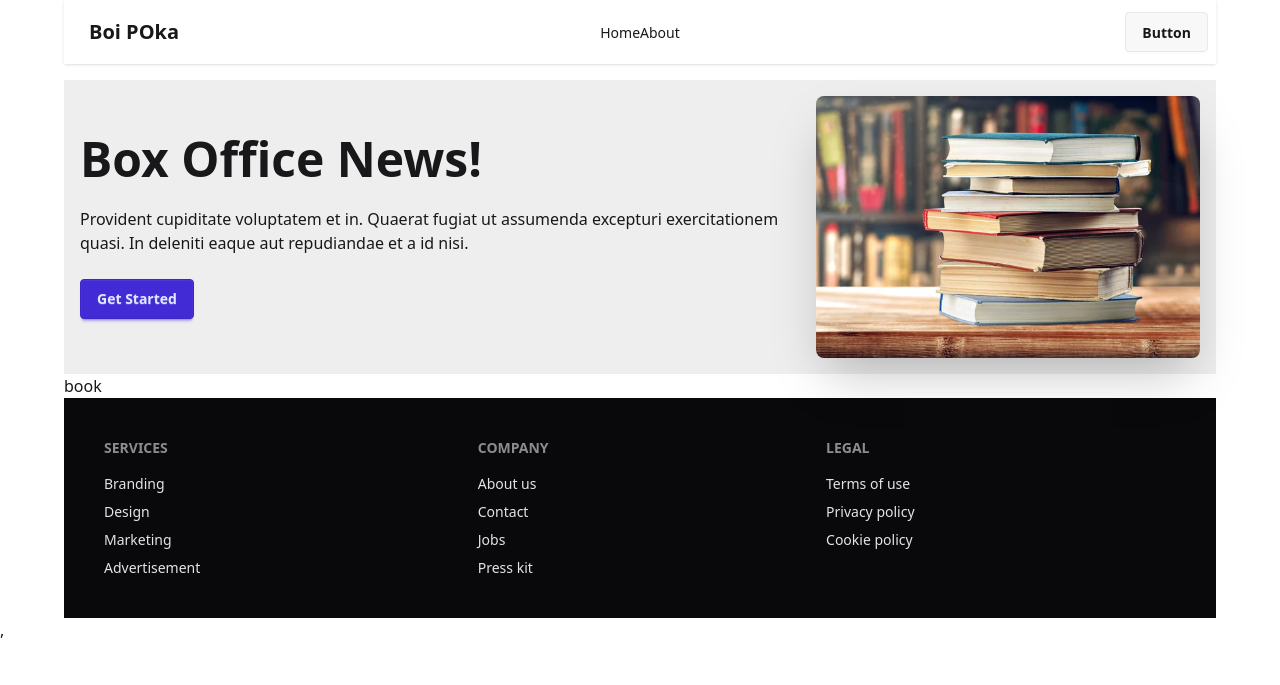
Repository: SanjidaSnigdha/Boipoka-Book-Vibe-Project
Page: /
These files come from the project's save history. The page is drawn as it stood at one moment and after the next save; the edit follows.
The browser window is 1280 px wide. The pictures show the whole page.
The project was rebuilt for these pictures with package versions that can differ from the ones it lists, and the page was loaded fresh each time. Also part of the build but not shown: vite.config.js, src/App.css, src/App.jsx, src/Pages/Root/ErrorPage/ErrorPage.jsx.

Above is the page before, as saved 2026-05-12 12:38:27.

### index.html
<!doctype html>
<html lang="en">
  <head>
    <meta charset="UTF-8" />
    <link rel="icon" type="image/svg+xml" href="/favicon.svg" />
    <meta name="viewport" content="width=device-width, initial-scale=1.0" />
    <title>boipuka</title>
  </head>
  <body>
    <div id="root"></div>
    <script type="module" src="/src/main.jsx"></script>
  </body>
</html>

### src/main.jsx
import { StrictMode } from 'react'
import { createRoot } from 'react-dom/client'
import './index.css'
import App from './App.jsx'
import {
  RouterProvider,
} from "react-router";
import { router } from './Routes/Routes.jsx';




createRoot(document.getElementById('root')).render(
  <StrictMode>
     <RouterProvider router={router} />,
  </StrictMode>,
)

### src/index.css
@import "tailwindcss";
@plugin "daisyui" {
themes : light --default, dark --prefersdark;
themes: light --default;
}
   dark mode to light mode ( index.css)

### src/Routes/Routes.jsx
import React from 'react';
import {
  createBrowserRouter,
} from "react-router";
import Root from '../Pages/Root/Root';
import ErrorPage from '../Pages/Root/ErrorPage/ErrorPage';
import { Component } from 'react';
import Home from '../Pages/Home/Home';

 export const router = createBrowserRouter([
  {
    path: "/",
    Component: Root,
    errorElement: <ErrorPage></ErrorPage>,
    children: [
      {
      index: true,
      path: '/',
      Component: Home

    },
  ],
},
]);

### src/Pages/Root/Root.jsx
import React from 'react';
import Navbar from '../../Components/Header/Navbar/Navbar';
import { Outlet } from 'react-router';
import Footer from '../../Components/Footer/Footer';

const Root = () => {
    return (
        <div className='max-w-6xl mx-auto'>
            <Navbar></Navbar>
            <Outlet></Outlet>
            <Footer></Footer>

        </div>
    );
};

export default Root;

### src/Pages/Home/Home.jsx
import React from 'react';
import Banner from '../../Components/Banner/Banner';
import Books from '../Books/Books';

const Home = () => {
    return (
        <div>
            <Banner></Banner>
            <Books></Books>
        </div>
    );
};

export default Home;

### src/Components/Header/Navbar/Navbar.jsx
import React from 'react';

const Navbar = () => {
    const links = <>
      <li>Home</li>
      <li>About</li>
    </>
    return (
        <div className="navbar bg-base-100 shadow-sm">
  <div className="navbar-start">
    <div className="dropdown">
      <div tabIndex={0} role="button" className="btn btn-ghost lg:hidden">
        <svg xmlns="http://www.w3.org/2000/svg" className="h-5 w-5" fill="none" viewBox="0 0 24 24" stroke="currentColor"> <path strokeLinecap="round" strokeLinejoin="round" strokeWidth="2" d="M4 6h16M4 12h8m-8 6h16" /> </svg>
      </div>
      <ul
        tabIndex="-1"
        className="menu menu-sm dropdown-content bg-base-100 rounded-box z-1 mt-3 w-52 p-2 shadow">
       {links}
      </ul>
    </div>
    <a className="btn btn-ghost text-xl">Boi POka</a>
  </div>
  <div className="navbar-center hidden lg:flex">
    <ul className="menu menu-horizontal px-1">
      {links}
    </ul>
  </div>
  <div className="navbar-end">
    <a className="btn">Button</a>
  </div>
</div>
    );
};

export default Navbar;

### src/Components/Footer/Footer.jsx
import React from 'react';

const Footer = () => {
    return (
        <footer className="footer sm:footer-horizontal bg-neutral text-neutral-content p-10">
  <nav>
    <h6 className="footer-title">Services</h6>
    <a className="link link-hover">Branding</a>
    <a className="link link-hover">Design</a>
    <a className="link link-hover">Marketing</a>
    <a className="link link-hover">Advertisement</a>
  </nav>
  <nav>
    <h6 className="footer-title">Company</h6>
    <a className="link link-hover">About us</a>
    <a className="link link-hover">Contact</a>
    <a className="link link-hover">Jobs</a>
    <a className="link link-hover">Press kit</a>
  </nav>
  <nav>
    <h6 className="footer-title">Legal</h6>
    <a className="link link-hover">Terms of use</a>
    <a className="link link-hover">Privacy policy</a>
    <a className="link link-hover">Cookie policy</a>
  </nav>
</footer>
    );
};

export default Footer;

### src/Components/Banner/Banner.jsx
import React from 'react';
import bookImage from '../../assets/books.jpg'

const Banner = () => {
    return (

        <div className="hero bg-base-300 mt-4 h-70px">
  <div className="hero-content flex-col lg:flex-row-reverse">
    <img
      src={bookImage}
      className="max-w-sm rounded-lg shadow-2xl"
    />
    <div>
      <h1 className="text-5xl font-bold">Box Office News!</h1>
      <p className="py-6">
        Provident cupiditate voluptatem et in. Quaerat fugiat ut assumenda excepturi exercitationem
        quasi. In deleniti eaque aut repudiandae et a id nisi.
      </p>
      <button className="btn btn-primary">Get Started</button>
    </div>
  </div>
</div>

    );
};

export default Banner;

### src/Pages/Books/Books.jsx
import React, { useEffect, useState } from 'react';

const Books = () => {
    const [allBooks, setAllBooks] = useState([]);
    useEffect(() => {
        fetch("booksData.json")
        .then(res=>res.json())
        .then(data =>{
            setAllBooks(data)
        })
    },[])
    return (
        <div>
            <h1>book</h1>
        </div>
    );
};

export default Books;

### public/booksData.json
[
  {
    "bookId": 1,
    "bookName": "The Great Gatsby",
    "author": "F. Scott Fitzgerald",
    "image": "https://i.ibb.co.com/khHN7Pk/9780143454212.jpg",
    "review": "'The Great Gatsby' by F. Scott Fitzgerald is a timeless masterpiece that delves into the decadence and disillusionment of the Jazz Age. Set in the Roaring Twenties, the novel unveils the enigmatic Jay Gatsby's extravagant parties, masking a pursuit of lost love. Narrated by Nick Carraway, the story explores themes of wealth, love, and the American Dream, drawing readers into a vivid portrayal of the glittering yet elusive world of the East and West Egg. Fitzgerald's prose is both poetic and haunting, weaving a compelling narrative that transcends its era. A poignant exploration of societal excess and the human condition, 'The Great Gatsby' remains a literary gem that resonates across generations.",
    "totalPages": 192,
    "rating": 4.5,
    "category": "Classic",
    "tags": ["Fiction", "Romance"],
    "publisher": "Scribner",
    "yearOfPublishing": 1925
  },
  {
    "bookId": 2,
    "bookName": "To Kill a Mockingbird",
    "author": "Harper Lee",
    "image": "https://i.ibb.co.com/0cv102J/To-Kill-a-Mockingbird.webp",
    "review": "'The Great Gatsby' by F. Scott Fitzgerald is a timeless masterpiece that delves into the decadence and disillusionment of the Jazz Age. Set in the Roaring Twenties, the novel unveils the enigmatic Jay Gatsby's extravagant parties, masking a pursuit of lost love. Narrated by Nick Carraway, the story explores themes of wealth, love, and the American Dream, drawing readers into a vivid portrayal of the glittering yet elusive world of the East and West Egg. Fitzgerald's prose is both poetic and haunting, weaving a compelling narrative that transcends its era. A poignant exploration of societal excess and the human condition, 'The Great Gatsby' remains a literary gem that resonates across generations.",
    "totalPages": 281,
    "rating": 4.8,
    "category": "Fiction",
    "tags": ["Drama", "Social Justice"],
    "publisher": "J.B. Lippincott & Co.",
    "yearOfPublishing": 1960
  },
  {
    "bookId": 3,
    "bookName": "1984",
    "author": "George Orwell",
    "image": "https://i.ibb.co.com/MprDyVt/51-BIA4rrae-L-AC-UF1000-1000-QL80.jpg",
    "review": "'The Great Gatsby' by F. Scott Fitzgerald is a timeless masterpiece that delves into the decadence and disillusionment of the Jazz Age. Set in the Roaring Twenties, the novel unveils the enigmatic Jay Gatsby's extravagant parties, masking a pursuit of lost love. Narrated by Nick Carraway, the story explores themes of wealth, love, and the American Dream, drawing readers into a vivid portrayal of the glittering yet elusive world of the East and West Egg. Fitzgerald's prose is both poetic and haunting, weaving a compelling narrative that transcends its era. A poignant exploration of societal excess and the human condition, 'The Great Gatsby' remains a literary gem that resonates across generations.",
    "totalPages": 328,
    "rating": 4.6,
    "category": "Fiction",
    "tags": ["Dystopian", "Political"],
    "publisher": "Secker & Warburg",
    "yearOfPublishing": 1949
  },
  {
    "bookId": 4,
    "bookName": "The Catcher in the Rye",
    "author": "J.D. Salinger",
    "image": "https://i.ibb.co.com/tYSWRfG/catcherrye-edited-1-800x.png",
    "review": "'The Great Gatsby' by F. Scott Fitzgerald is a timeless masterpiece that delves into the decadence and disillusionment of the Jazz Age. Set in the Roaring Twenties, the novel unveils the enigmatic Jay Gatsby's extravagant parties, masking a pursuit of lost love. Narrated by Nick Carraway, the story explores themes of wealth, love, and the American Dream, drawing readers into a vivid portrayal of the glittering yet elusive world of the East and West Egg. Fitzgerald's prose is both poetic and haunting, weaving a compelling narrative that transcends its era. A poignant exploration of societal excess and the human condition, 'The Great Gatsby' remains a literary gem that resonates across generations.",
    "totalPages": 224,
    "rating": 4.3,
    "category": "Fiction",
    "tags": ["Young Adult", "Identity"],
    "publisher": "Little, Brown and Company",
    "yearOfPublishing": 1951
  },
  {
    "bookId": 5,
    "bookName": "Pride and Prejudice",
    "author": "Jane Austen",
    "image": "https://i.ibb.co.com/YdQDMpn/81me-ud-V63-L-AC-UF1000-1000-QL80.jpg",
    "review": "'The Great Gatsby' by F. Scott Fitzgerald is a timeless masterpiece that delves into the decadence and disillusionment of the Jazz Age. Set in the Roaring Twenties, the novel unveils the enigmatic Jay Gatsby's extravagant parties, masking a pursuit of lost love. Narrated by Nick Carraway, the story explores themes of wealth, love, and the American Dream, drawing readers into a vivid portrayal of the glittering yet elusive world of the East and West Egg. Fitzgerald's prose is both poetic and haunting, weaving a compelling narrative that transcends its era. A poignant exploration of societal excess and the human condition, 'The Great Gatsby' remains a literary gem that resonates across generations.",
    "totalPages": 279,
    "rating": 4.7,
    "category": "Classic",
    "tags": ["Romance", "Satire"],
    "publisher": "T. Egerton, Whitehall",
    "yearOfPublishing": 1813
  },
  {
    "bookId": 6,
    "bookName": "The Hobbit",
    "author": "J.R.R. Tolkien",
    "image": "https://i.ibb.co.com/xS8YvxL/81m-CE-uclx-L-UF1000-1000-QL80.jpg",
    "review": "'The Great Gatsby' by F. Scott Fitzgerald is a timeless masterpiece that delves into the decadence and disillusionment of the Jazz Age. Set in the Roaring Twenties, the novel unveils the enigmatic Jay Gatsby's extravagant parties, masking a pursuit of lost love. Narrated by Nick Carraway, the story explores themes of wealth, love, and the American Dream, drawing readers into a vivid portrayal of the glittering yet elusive world of the East and West Egg. Fitzgerald's prose is both poetic and haunting, weaving a compelling narrative that transcends its era. A poignant exploration of societal excess and the human condition, 'The Great Gatsby' remains a literary gem that resonates across generations.",
    "totalPages": 310,
    "rating": 4.9,
    "category": "Fantasy",
    "tags": ["Adventure", "Epic"],
    "publisher": "Allen & Unwin",
    "yearOfPublishing": 1937
  },
  {
    "bookId": 7,
    "bookName": "Harry Potter and the Sorcerer's Stone",
    "author": "J.K. Rowling",
    "image": "https://i.ibb.co.com/989qMRW/42844155.jpg",
    "review": "'The Great Gatsby' by F. Scott Fitzgerald is a timeless masterpiece that delves into the decadence and disillusionment of the Jazz Age. Set in the Roaring Twenties, the novel unveils the enigmatic Jay Gatsby's extravagant parties, masking a pursuit of lost love. Narrated by Nick Carraway, the story explores themes of wealth, love, and the American Dream, drawing readers into a vivid portrayal of the glittering yet elusive world of the East and West Egg. Fitzgerald's prose is both poetic and haunting, weaving a compelling narrative that transcends its era. A poignant exploration of societal excess and the human condition, 'The Great Gatsby' remains a literary gem that resonates across generations.",
    "totalPages": 309,
    "rating": 4.8,
    "category": "Fantasy",
    "tags": ["Magic", "Young Adult"],
    "publisher": "Bloomsbury",
    "yearOfPublishing": 1997
  },
  {
    "bookId": 8,
    "bookName": "The Alchemist",
    "author": "Paulo Coelho",
    "image": "https://i.ibb.co.com/zS9jsdK/18144590.jpg",
    "review": "'The Great Gatsby' by F. Scott Fitzgerald is a timeless masterpiece that delves into the decadence and disillusionment of the Jazz Age. Set in the Roaring Twenties, the novel unveils the enigmatic Jay Gatsby's extravagant parties, masking a pursuit of lost love. Narrated by Nick Carraway, the story explores themes of wealth, love, and the American Dream, drawing readers into a vivid portrayal of the glittering yet elusive world of the East and West Egg. Fitzgerald's prose is both poetic and haunting, weaving a compelling narrative that transcends its era. A poignant exploration of societal excess and the human condition, 'The Great Gatsby' remains a literary gem that resonates across generations.",
    "totalPages": 177,
    "rating": 4.6,
    "category": "Fiction",
    "tags": ["Philosophical", "Adventure"],
    "publisher": "HarperCollins",
    "yearOfPublishing": 1988
  },
  {
    "bookId": 9,
    "bookName": "The Girl on the Train",
    "author": "Paula Hawkins",
    "image": "https://i.ibb.co.com/P6hfCmJ/Whats-App-Image-2024-05-22-at-11-21-25-2e21ae46.jpg",
    "review": "'The Great Gatsby' by F. Scott Fitzgerald is a timeless masterpiece that delves into the decadence and disillusionment of the Jazz Age. Set in the Roaring Twenties, the novel unveils the enigmatic Jay Gatsby's extravagant parties, masking a pursuit of lost love. Narrated by Nick Carraway, the story explores themes of wealth, love, and the American Dream, drawing readers into a vivid portrayal of the glittering yet elusive world of the East and West Egg. Fitzgerald's prose is both poetic and haunting, weaving a compelling narrative that transcends its era. A poignant exploration of societal excess and the human condition, 'The Great Gatsby' remains a literary gem that resonates across generations.",
    "totalPages": 316,
    "rating": 4.2,
    "category": "Mystery",
    "tags": ["Suspense", "Psychological"],
    "publisher": "Riverhead Books",
    "yearOfPublishing": 2015
  }
]

After the next save:
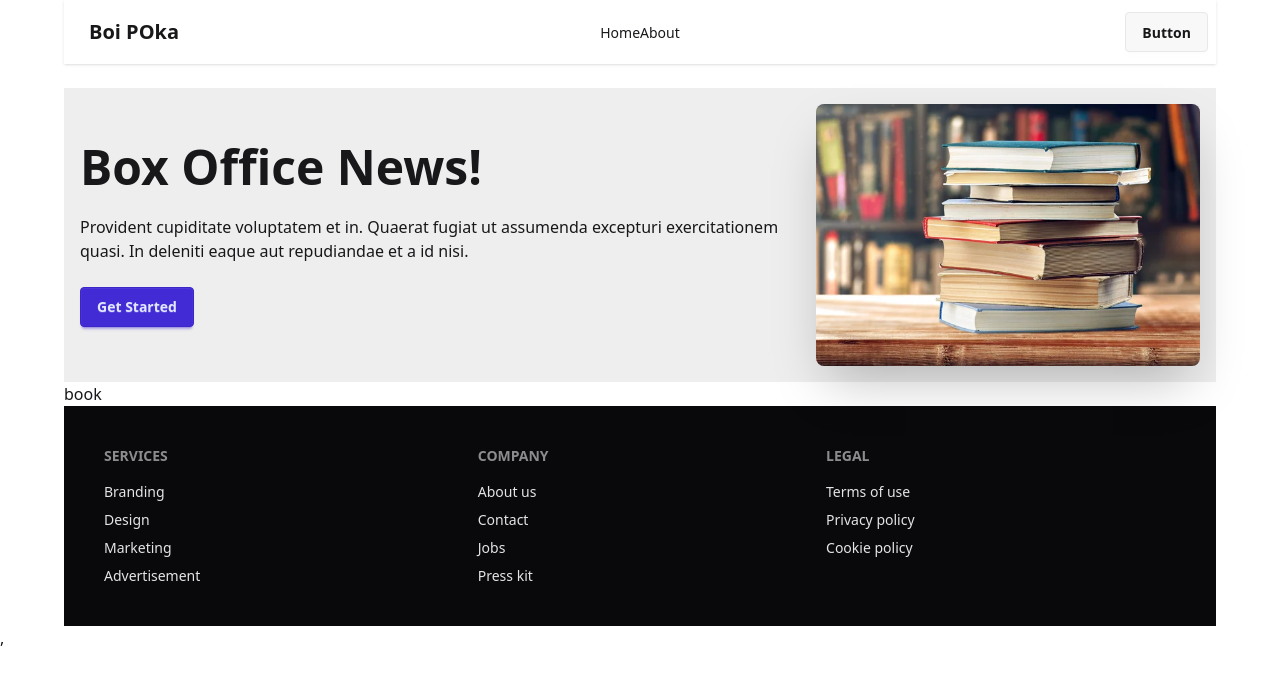
Saved 29 s later.
--- a/src/Components/Banner/Banner.jsx
+++ b/src/Components/Banner/Banner.jsx
@@ -4,7 +4,7 @@
 const Banner = () => {
     return (
 
-        <div className="hero bg-base-300 mt-4 h-70px">
+        <div className="hero bg-base-300 mt-6 h-70px">
   <div className="hero-content flex-col lg:flex-row-reverse">
     <img
       src={bookImage}
